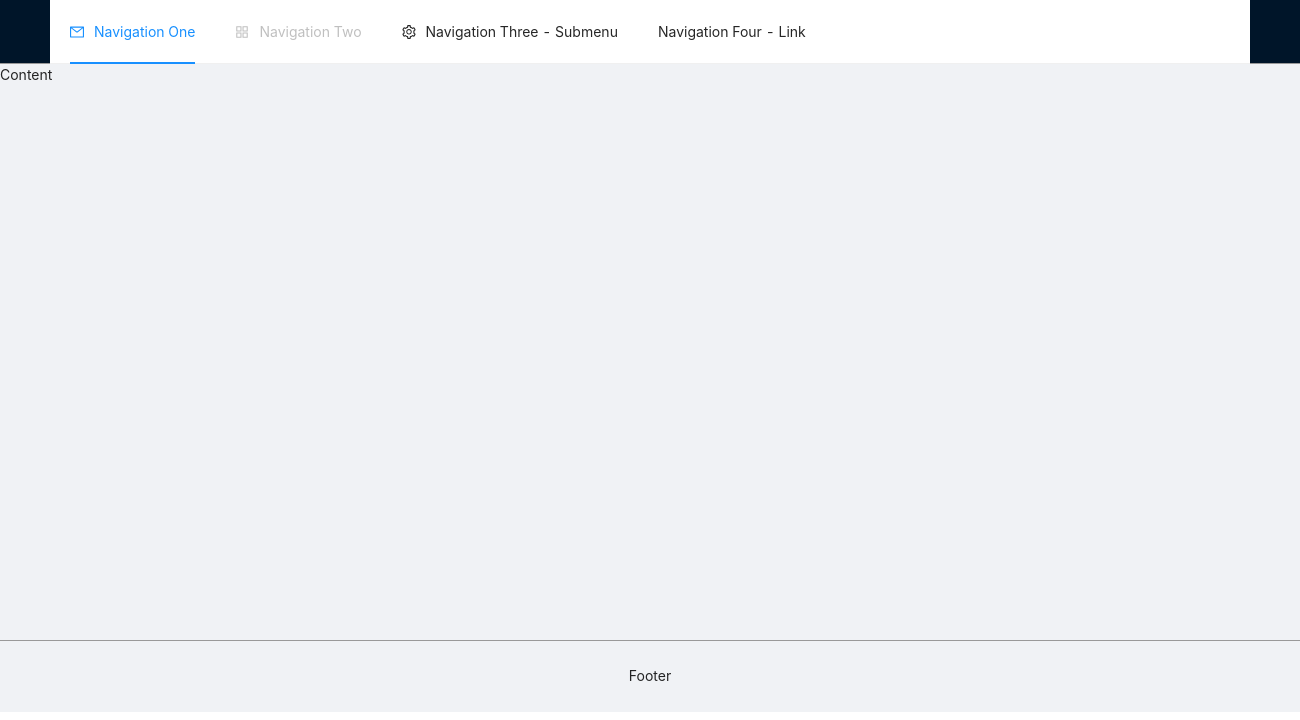
Repository: ohayo-aidi/news-site
Page: /
These files come from the project's save history. The page is drawn as it stood at one moment and after the next save; the edit follows.
The browser window is 1280 px wide. The page is 1300 px wide, so the pictures cover 1300 px, including what lies to the right of the window. The pictures show the whole page.
The project was rebuilt for these pictures with package versions that can differ from the ones it lists, and the page was loaded fresh each time.

Above is the page before, as saved 2022-10-15 15:55:08.

### src/index.js
import React from 'react';
import ReactDOM from 'react-dom/client';
import App from './App';
import reportWebVitals from './reportWebVitals';
import "antd/dist/antd.css";

const root = ReactDOM.createRoot(document.getElementById('root'));
root.render(
  <React.StrictMode>
    <App />
  </React.StrictMode>
);

// If you want to start measuring performance in your app, pass a function
// to log results (for example: reportWebVitals(console.log))
// or send to an analytics endpoint. Learn more: https://bit.ly/CRA-vitals
reportWebVitals();

### src/App.js
import { Layout } from "antd";
import AppHeader from "./components/Header";
import './style.css'
const { Header, Footer, Content } = Layout;
function App() {
  return (
    <div>
      <Layout style={{ minWidth: 1300 }}>
        <Header className="header">
          <AppHeader/>
        </Header>
        <Content className="content">Content</Content>
        <Footer className="footer">Footer</Footer>
      </Layout>
    </div>
  );
}

export default App;

### src/components/Header/index.js
import {
  AppstoreOutlined,
  MailOutlined,
  SettingOutlined,
} from "@ant-design/icons";
import { Menu } from "antd";
import React, { useState, Component, Fragment } from "react";
import axios from 'axios'

const items = [
  {
    label: "Navigation One",
    key: "mail",
    icon: <MailOutlined />,
  },
  {
    label: "Navigation Two",
    key: "app",
    icon: <AppstoreOutlined />,
    disabled: true,
  },
  {
    label: "Navigation Three - Submenu",
    key: "SubMenu",
    icon: <SettingOutlined />,
    children: [
      {
        type: "group",
        label: "Item 1",
        children: [
          {
            label: "Option 1",
            key: "setting:1",
          },
          {
            label: "Option 2",
            key: "setting:2",
          },
        ],
      },
      {
        type: "group",
        label: "Item 2",
        children: [
          {
            label: "Option 3",
            key: "setting:3",
          },
          {
            label: "Option 4",
            key: "setting:4",
          },
        ],
      },
    ],
  },
  {
    label: (
      <a href="https://ant.design" target="_blank" rel="noopener noreferrer">
        Navigation Four - Link
      </a>
    ),
    key: "alipay",
  },
];
const AppHeader = () => {
  const [current, setCurrent] = useState("mail");
  const onClick = (e) => {
    console.log("click ", e);
    setCurrent(e.key);
  };
  return (
    <Fragment>
      {/* <img src={logo} className="app-header-logo" /> */}
      <Menu
        onClick={onClick}
        selectedKeys={[current]}
        mode="horizontal"
        items={items}
      />
    </Fragment>
  );
};
export default AppHeader;

### src/style.css
.header {
    background: #fff;
    border-bottom: 1px solid #999;
    height: 10vh;
}

.content {
    min-height: 80vh !important;
}

.footer {
    text-align: center;
    border-top: 1px solid #999;
    min-height: 10vh;
}

Loaded but not shown: public/index.html (common file); src/reportWebVitals.js (common file)

After the next save:
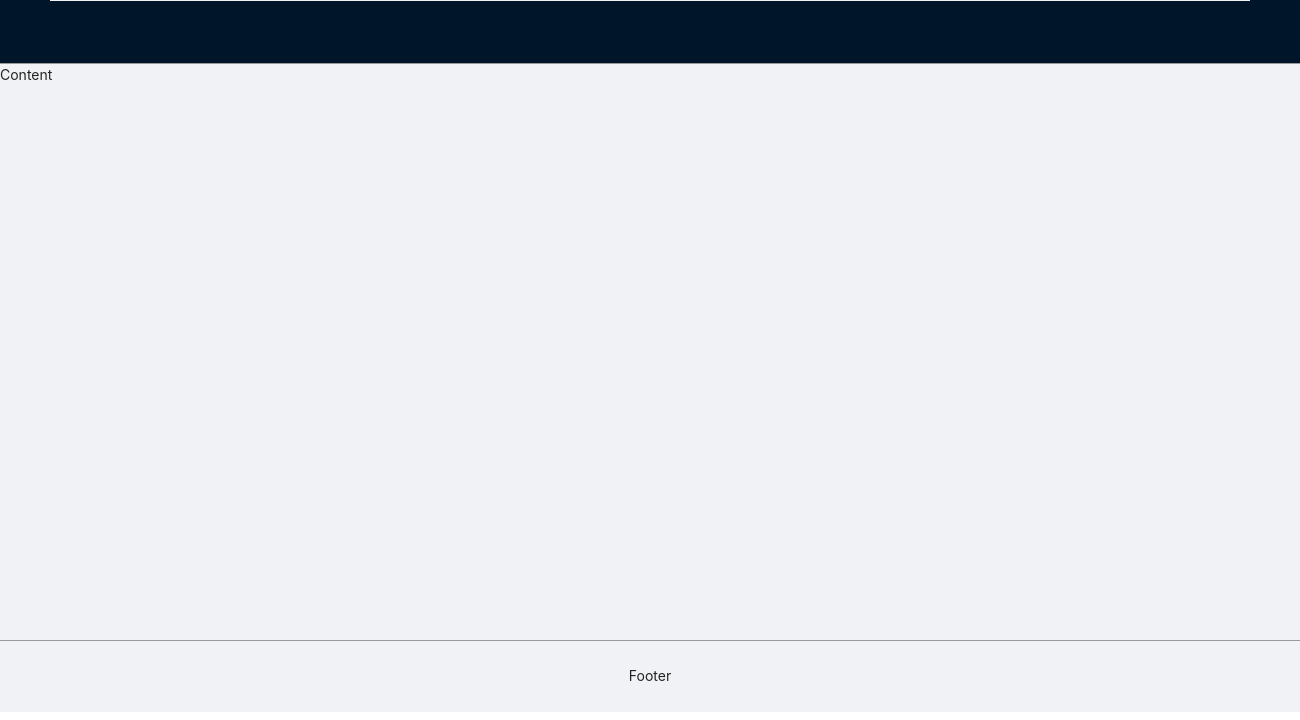
Saved 40 s later.
--- a/src/components/Header/index.js
+++ b/src/components/Header/index.js
@@ -8,60 +8,7 @@
 import axios from 'axios'
 
 const items = [
-  {
-    label: "Navigation One",
-    key: "mail",
-    icon: <MailOutlined />,
-  },
-  {
-    label: "Navigation Two",
-    key: "app",
-    icon: <AppstoreOutlined />,
-    disabled: true,
-  },
-  {
-    label: "Navigation Three - Submenu",
-    key: "SubMenu",
-    icon: <SettingOutlined />,
-    children: [
-      {
-        type: "group",
-        label: "Item 1",
-        children: [
-          {
-            label: "Option 1",
-            key: "setting:1",
-          },
-          {
-            label: "Option 2",
-            key: "setting:2",
-          },
-        ],
-      },
-      {
-        type: "group",
-        label: "Item 2",
-        children: [
-          {
-            label: "Option 3",
-            key: "setting:3",
-          },
-          {
-            label: "Option 4",
-            key: "setting:4",
-          },
-        ],
-      },
-    ],
-  },
-  {
-    label: (
-      <a href="https://ant.design" target="_blank" rel="noopener noreferrer">
-        Navigation Four - Link
-      </a>
-    ),
-    key: "alipay",
-  },
+
 ];
 const AppHeader = () => {
   const [current, setCurrent] = useState("mail");
